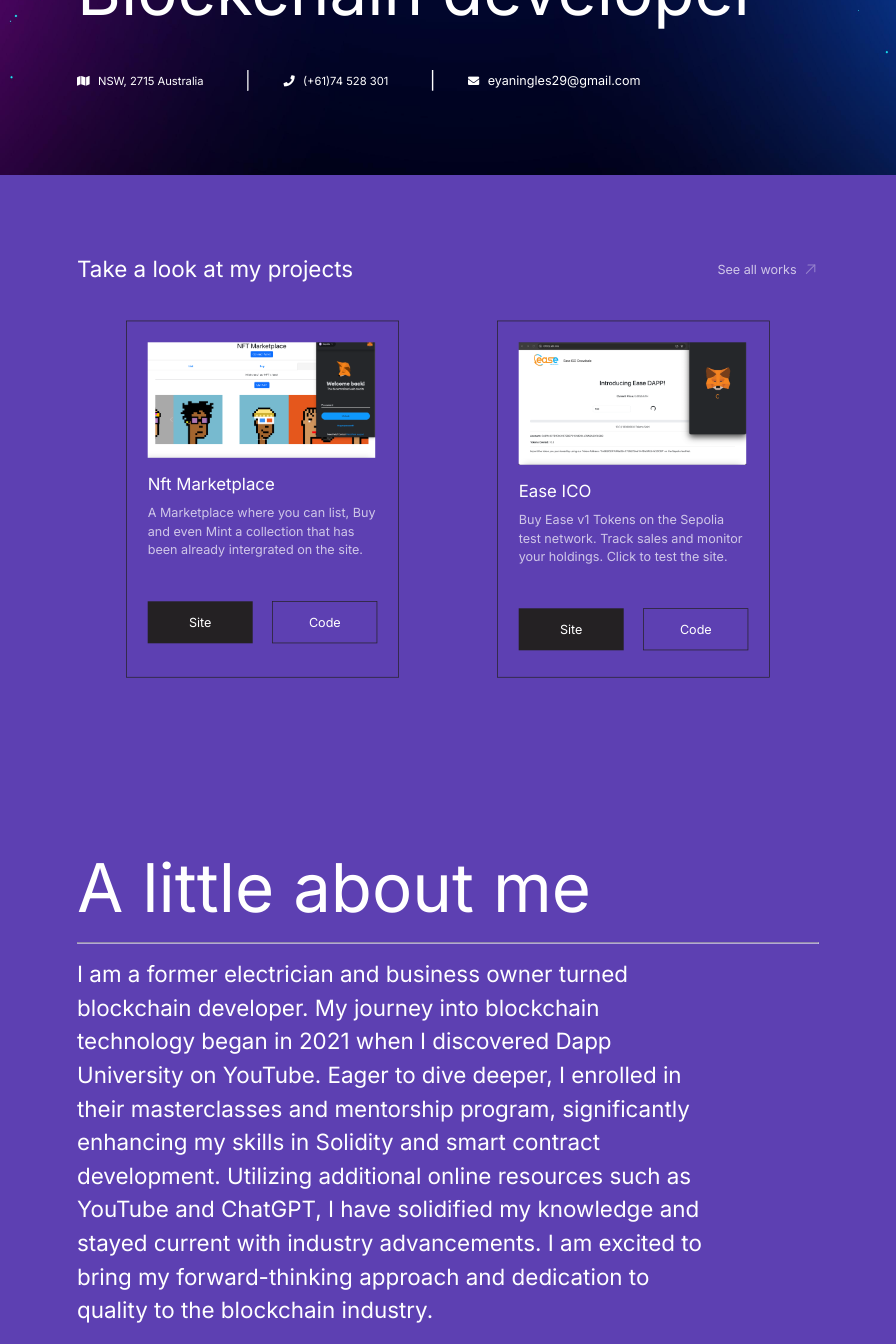
Repository: EyanIngles/Resume
Page: index.html
The author's editor kept a copy of each file at every save. The page is drawn from the files as they stood at one save, then again after the next save.
The browser window is 1280 px wide. The pictures show the part of the page from y = 600 to 2520 px (the page is 4848 px tall), at 70% of full size.

Above is the page before, as saved 2024-06-03 18:35:12.

### index.html
<!DOCTYPE html>
<html lang="en">

<head>
    <meta charset="UTF-8">
    <meta http-equiv="X-UA-Compatible" content="IE=edge">
    <meta name="viewport" content="width=device-width, initial-scale=1.0">
    <meta name="description" content="Blockchain Developer">
    <meta name="author" content="Eyan Ingles">

    <title>Eyan Ingles || Blockchain Developer</title>

    <!-- Google Fonts -->
    <link rel="preconnect" href="https://fonts.googleapis.com">
    <link rel="preconnect" href="https://fonts.gstatic.com" crossorigin>
    <link href="https://fonts.googleapis.com/css2?family=Inter:wght@100;200;300;400;500;600;700;800;900&display=swap"
        rel="stylesheet">

    <!-- Font Awesome -->
    <link href="vendor/fontawesome-free-5.15.4-web/css/all.min.css" rel="stylesheet">

    <!-- Custom styles for this template -->
    <link href="css/resume.css" rel="stylesheet">
</head>

<body>
    <header class="header">
        <div class="header-links flex-start">
            <div class="profile-container">
                <img class="profile" src="./img/profile.jpeg" alt="Profile Picture">
                <img class="ring" src="./img/Ring.svg" alt="Ring Border">
            </div>

            <ul class="flex-list list-items-circle">
                <li>
                    <a href="https://www.linkedin.com/in/eyan-ingles-026738272/">
                        <i class="fab fa-linkedin"></i>
                    </a>
                </li>
                <li>
                    <a href="https://github.com/EyanIngles">
                        <i class="fab fa-github"></i>
                    </a>
                </li>
            </ul>
        </div>

        <h1>
            Hi, I am <strong>Eyan Ingles</strong><br />
            Blockchain developer
        </h1>

        <ul class="contact-details flex-list">
            <i class="fa fa-map"></i><li>NSW, 2715 Australia</li>
            <hr />
            <i class="fa fa-phone"></i><li>(+61)74 528 301</li>
            <hr />
            <i class="fa fa-envelope"></i><li><a href="mailto: EyanIngles@gmail.com" style="border: none;">eyaningles29@gmail.com</a></li>
        </ul>
    </header>
    <main>

        <!-- PROJECTS -->

        <section class="section projects">
            <div class="flex-between">
                <h2>Take a look at my projects</h2>

                <a href="https://www.github.com/" class="projects-link flex-between">
                    See all works <img src="./img/ArrowUpRight.svg" alt="Arrow" style="margin-left: 8px; opacity: 0.7;">
                </a>
            </div>

            <div class="cards flex-center">

                <div class="card">
                    <img src="./img/projects/project1.png" alt="Nft Marketplace">
                    <h3 class="card-title">Nft Marketplace</h3>
                    <p class="card-description">A Marketplace where you can list, Buy and even Mint a collection that has been already intergrated on the site.</p>

                    <div class="card-buttons">
                        <a href="https://marketplacedraft.eth.limo" class="card-button--site">Site</a>
                        <a href="https://github.com/EyanIngles/marketplace-app" class="card-button--code">Code</a>
                    </div>
                </div>

                <div class="card">
                    <img src="./img/projects/project2.png" alt="Nft Marketplace">
                    <h3 class="card-title">Ease ICO </h3>
                    <p class="card-description">Buy Ease v1 Tokens on the Sepolia test network. Track sales and monitor your holdings. Click to test the site.</p>
                    <div class="card-buttons">
                        <a href="https://07922.eth.limo/" class="card-button--site">Site</a>
                        <a href="https://github.com/EyanIngles/ICO" class="card-button--code">Code</a>
                    </div>
                </div>

            </div>
        </section>

        <!-- EXPIERENCE -->

        <section class="section experience">
            <h1>A little about me </h1><br/><hr/><br/>
            <p class="experience-description">
                I am a former electrician and business owner turned blockchain developer. My journey into blockchain
                technology began in 2021 when I discovered Dapp University on YouTube. Eager to dive deeper, I enrolled
                in their masterclasses and mentorship program, significantly enhancing my skills in Solidity and smart contract
                development. Utilizing additional online resources such as YouTube and ChatGPT, I have solidified my knowledge and
                stayed current with industry advancements. I am excited to bring my forward-thinking approach and dedication to quality
                to the blockchain industry.
            </p>

            <h2>Experience</h2>

            <div class="experience-cards flex-center">
                <div class="experience-card">
                    <h3 class="card-title">
                        Online Learning - <span class="highlight">Dabbling with Blockchain Concepts</span>
                    </h3>
                    <p class="card-years">2021-2024</p>

                    <ul class="card-list">
                        <li class="card-list-item">Leveraged online resources such as YouTube and ChatGPT to enhance and solidify my knowledge.</li>
                    </ul>
                </div>
                <div class="experience-card">
                    <h3 class="card-title">
                        Dapp University - <span class="highlight">Masterclasses and Mentorship Entry</span>
                    </h3>
                    <p class="card-years">2023-2024</p>

                    <ul class="card-list">
                        <li class="card-list-item">Currently, I am studying with Dapp University, participating in masterclasses and a mentorship program that have significantly enhanced my skills in blockchain development.</li>
                    </ul>
                </div>
            </div>
        </section>

        <!-- SKILLS -->

        <section class="section skills">
            <h2>Skills that I have</h2>

            <div class="skill-cards flex-center">
                <div class="skill-card flex-center">
                    <i class="fab fa-html5"></i>
                </div>
                <div class="skill-card flex-center">
                    <i class="fab fa-css3-alt"></i>
                </div>
                <div class="skill-card flex-center">
                    <i class="fab fa-js-square"></i>
                </div>
                <div class="skill-card flex-center">
                    <i class="fab fa-react"></i>
                </div>
                <div class="skill-card flex-center">
                    <i class="fab fa-node-js"></i>
                </div>
                <div class="skill-card flex-center">
                    <i class="fab fa-npm"></i>
                </div>
            </div>

            <ul class="skill-list flex-between">
                <li><img src="./img/Check.svg" alt="Checkmark"></li>
            </ul>
        </section>

        <!-- CONTACT -->

        <section class="section contact">
            <div class="contact-links flex-start">
                <div class="profile-container">
                    <img class="profile" src="./img/profile.jpeg" alt="Joe Blow">
                </div>

                <ul class="flex-list list-items-circle">
                    <li>
                        <a href="https://www.linkedin.com/in/eyan-ingles-026738272/">
                            <i class="fab fa-linkedin"></i>
                        </a>
                    </li>
                    <li>
                        <a href="https://github.com/EyanIngles">
                            <i class="fab fa-github"></i>
                        </a>
                    </li>
                </ul>

            </div>

            <h1>
                Get in touch
            </h1>

            <p>I am a former electrician and business owner turned blockchain developer. My interest
                in blockchain technology began in 2021 when I discovered Dapp University on YouTube.
                Since then, I have joined a mentorship program with Dapp University, and I am excited to
                see where my journey in this industry will take me!
            </p>

            <ul class="contact-details flex-list">
                <li>NSW, 2715 Australia</li>
                <hr />
                <li>(+61)74 528 301</li>
                <hr />
                <li><a href="mailto: name@email.com">eyaningles29@email.com</a></li>
            </ul>
        </section>
    </main>
    <footer class="footer flex-center">
        <p><small>© Eyan Ingles 2024. All rights reserved.</small></p>
    </footer>

    <!-- Plugin JavaScript -->
    <script src="vendor/jquery/jquery.min.js"></script>
    <script src="vendor/jquery-easing/jquery.easing.min.js"></script>

    <!-- Custom scripts for this template -->
    <script src="js/resume.js"></script>
</body>

</html>

### css/resume.css
* {
    margin: 0;
    padding: 0;
    box-sizing: border-box;
}

:root {
    --black: #060003;
    --gray: #242123;
    --white: #FFFFFF;
    --blue: #5d40b2;
    --border-gradient: linear-gradient(227.58deg, #F4492F -44.04%, #F367A5 42.36%, #553DEB 113.95%);

    --font-96: clamp(56px, 8vw, 96px);
    --font-40: clamp(24px, 6vw, 40px);
    --font-32: clamp(24px, 4vw, 32px);
}

html {
    font-family: "Inter";
    color: var(--white);

    overflow-x: hidden;
}

body {
    background-color: var(--blue);
}

/* TYPOGRAPHY */
h1 {
    font-style: normal;
    font-weight: 400;
    font-size: var(--font-96);
    line-height: 116px;
}

h2 {
    font-weight: 400;
    font-size: var(--font-32);
    line-height: 150%;
    margin-bottom: 30px;
}

p,
a {
    font-weight: 400;
    font-size: 18px;
    line-height: 150%;
    text-decoration: none;
}

p {
    opacity: 0.7;
}

/* LAYOUTS */

.flex-center {
    display: flex;
    justify-content: center;
    align-items: center;
}

.flex-start {
    display: flex;
    justify-content: flex-start;
    align-items: center;
}

.flex-between {
    display: flex;
    justify-content: space-between;
    align-items: center;
    flex-wrap: wrap;
}

/* === UNIVERSAL STYLES === */

/* List */

.flex-list {
    display: flex;
    justify-content: center;
    align-items: center;
    flex-wrap: wrap;
    list-style: none;
}

.flex-list li {
    margin: 12px;
    transition: 250ms ease all;
}

.flex-list li a {
    color: var(--white);
    text-decoration: none;
    opacity: 1;

    display: block;
    transition: 250ms ease all;
}

.list-items-circle li a {
    border: 2px solid var(--white);
    border-radius: 50%;
}

.list-items-circle li a:hover {
    background-color: var(--white);
    border: 2px solid var(--white);
}

.list-items-circle li a .fab {
    width: 80px;
    height: 80px;
    font-size: 30px;

    display: flex;
    justify-content: center;
    align-items: center;
    border-radius: 50%;

    transition: 250ms ease all;
}

.list-items-circle li a:hover .fab {
    color: var(--black);
}

.contact .list-items-circle li a {
    border: 2px solid var(--white);
}

.contact .list-items-circle li a:hover {
    background-color: var(--white);
    border: 2px solid var(--white);
}

.flex-list hr {
    height: 30px;
    margin: 0 50px;
}

/* Profile Image */

.profile-container {
    min-width: 88px;
    width: 88px;
    height: 88px;
    margin: 12px;
    position: relative;
}

.profile-container .profile {
    position: absolute;
    top: 50%;
    left: 50%;
    transform: translate(-50%, -50%);

    width: 80px;
    height: 80px;
    border-radius: 50%;
}

.profile-container .ring {
    position: absolute;
    top: 50%;
    left: 50%;
    transform: translate(-50%, -50%);
}

.header,
.section {
    min-height: 850px;
    padding: 110px;
}

/* HEADER */

.header {
    background-image: url('../img/Background.jpg');
    background-repeat: no-repeat;
    background-size: cover;

    display: flex;
    flex-direction: column;
    justify-content: flex-end;
    align-items: flex-start;
}

.header .header-links,
.contact .contact-links,
.header h1 {
    color: var(--white);
    margin-bottom: 45px;
}

.header .flex-list {
    color: var(--white);
}

.header .flex-list li a {
    color: var(--white);
}

.header .flex-list li:hover,
.header .flex-list li a:hover {
    color: var(--blue);
}

.header .flex-list hr {
    border: 1px solid var(--white);
}

/* === ABOUT === */

.about {
    background-image: url('../img/Vector.png');
    background-repeat: no-repeat;
    background-size: cover;
    background-position: center;
}

.about h2 {
    max-width: 900px;
    font-weight: 400;
    font-size: var(--font-40);
    line-height: 150%;

    margin-bottom: 180px;
}

.about .achievements {
    list-style: none;

}

.about .achievements li {
    margin: 15px 0;
}

/* === PROJECTS === */

.projects .projects-link {
    color: var(--white);
    margin-bottom: 30px;

    opacity: 0.7;
    transition: 250ms ease all;
}

.projects .projects-link:hover {
    opacity: 1;
}

.projects .cards {
    justify-content: space-evenly;
    flex-wrap: wrap;
}

.projects .card {
    border: 1px solid var(--gray);

    height: 510px;
    max-width: 390px;
    padding: 30px;
    margin: 20px auto;
}

.projects .card img {
    width: 100%;
    max-width: 325px;
    height: auto;
    margin: 0 auto 16px;
}

.projects .card .card-title {
    font-weight: 400;
    font-size: 24px;
    line-height: 150%;
    margin-bottom: 8px;
}

.projects .card .card-description {
    margin-bottom: 60px;
}

.projects .card .card-buttons {
    display: flex;
    justify-content: space-between;
}

.projects .card .card-buttons .card-button--site,
.projects .card .card-buttons .card-button--code {
    width: 150px;
    height: 60px;

    display: flex;
    justify-content: center;
    align-items: center;

    opacity: 1;
    color: var(--white);

    transition: 250ms ease all;
}

.projects .card .card-buttons .card-button--site {
    background-color: var(--gray);
}

.projects .card .card-buttons .card-button--code {
    border: 1px solid var(--gray);
}

.projects .card .card-buttons .card-button--site:hover,
.projects .card .card-buttons .card-button--code:hover {
    background-color: var(--white);
    color: var(--black);
}

/* === EXPERIENCE === */

.experience-description {
    max-width: 900px;
    margin-bottom: 125px;

    font-weight: 400;
    font-size: var(--font-32);
    line-height: 150%;

    opacity: 1;
    position: relative;
}

.experience-description img {
    position: absolute;
    top: 50%;
    right: -200px;
    transform: translate(-50%, -50%);

    pointer-events: none;
}

.experience h2 {
    border-left: 2px solid var(--white);
    padding-left: 24px;
}

.experience .experience-cards {
    justify-content: flex-start;
    align-items: flex-start;
    flex-wrap: wrap;
}

.experience .experience-card {
    width: 370px;
    padding: 0 30px 30px 0;
}

.experience .experience-card .card-title {
    font-size: 18px;
    line-height: 150%;
}

.experience .experience-card .card-title .highlight {
    opacity: 0.7;
    font-weight: 400;
}

.experience .experience-card .card-years {
    color: var(--blue);
    font-weight: 500;
    font-size: 18px;
    line-height: 150%;
    margin-bottom: 24px;
    opacity: 1;
}

.experience .experience-card .card-list .card-list-item {
    margin: 0 0 16px 16px;
    opacity: 0.7;
}

/* === SKILLS === */

.skills {
    background-image: url('../img/Vector.png');
    background-repeat: no-repeat;
    background-size: cover;
}

.skills .skill-cards {
    flex-wrap: wrap;
}

.skills .skill-card {
    background-image: url('../img/background2.jpg');
    background-repeat: no-repeat;
    background-size: cover;
    background-color: #060003;
    background-blend-mode: darken;
    width: 170px;
    height: 170px;
    margin: 0 30px 30px 0;
    border: 1px solid var(--gray);

    cursor: pointer;

    transition: 500ms ease all;
}

.skills .skill-card .fab {
    font-size: 80px;
    opacity: 0.7;
    transition: 500ms ease all;
}

.skills .skill-card:hover {
    background-blend-mode: normal;
}

.skills .skill-card:hover .fab {
    opacity: 1;
}

.skills .skill-list {
    list-style: none;
    flex-wrap: wrap;
}

.skills .skill-list li {
    display: flex;
    justify-content: center;
    align-items: center;
}

.skills .skill-list li img {
    margin: 10px;
}

/* === CONTACT === */

.contact {
    display: flex;
    flex-direction: column;
    justify-content: center;
    align-items: flex-start;
}

.contact h1,
.contact p {
    max-width: 750px;
    margin-bottom: 45px;
}

.contact .flex-list li:hover,
.contact .flex-list li a:hover {
    color: var(--blue);
}

/* === FOOTER === */

.footer {
    min-height: 88px;
    background-color: var(--gray);
}

/* === MEDIA STYLES === */

@media all and (max-width: 1200px) {
    .contact-details {
        align-items: flex-start;
        flex-direction: column;
    }

    .contact-details li {
        margin: 10px;
    }

    .contact-details li a {
        margin: 0;
    }

    .contact-details hr {
        display: none;
    }
}

@media all and (max-width: 992px) {
    .skills .skill-card {
        width: 125px;
        height: 125px;
    }
}

@media all and (max-width: 767px) {

    .header,
    .section {
        padding: 40px;
    }
}

### js/resume.js
// Include JavaScript Functionality Here...

Loaded but not shown: vendor/fontawesome-free-5.15.4-web/css/all.min.css (library); vendor/jquery/jquery.min.js (library); vendor/jquery-easing/jquery.easing.min.js (common file)

After the next save:
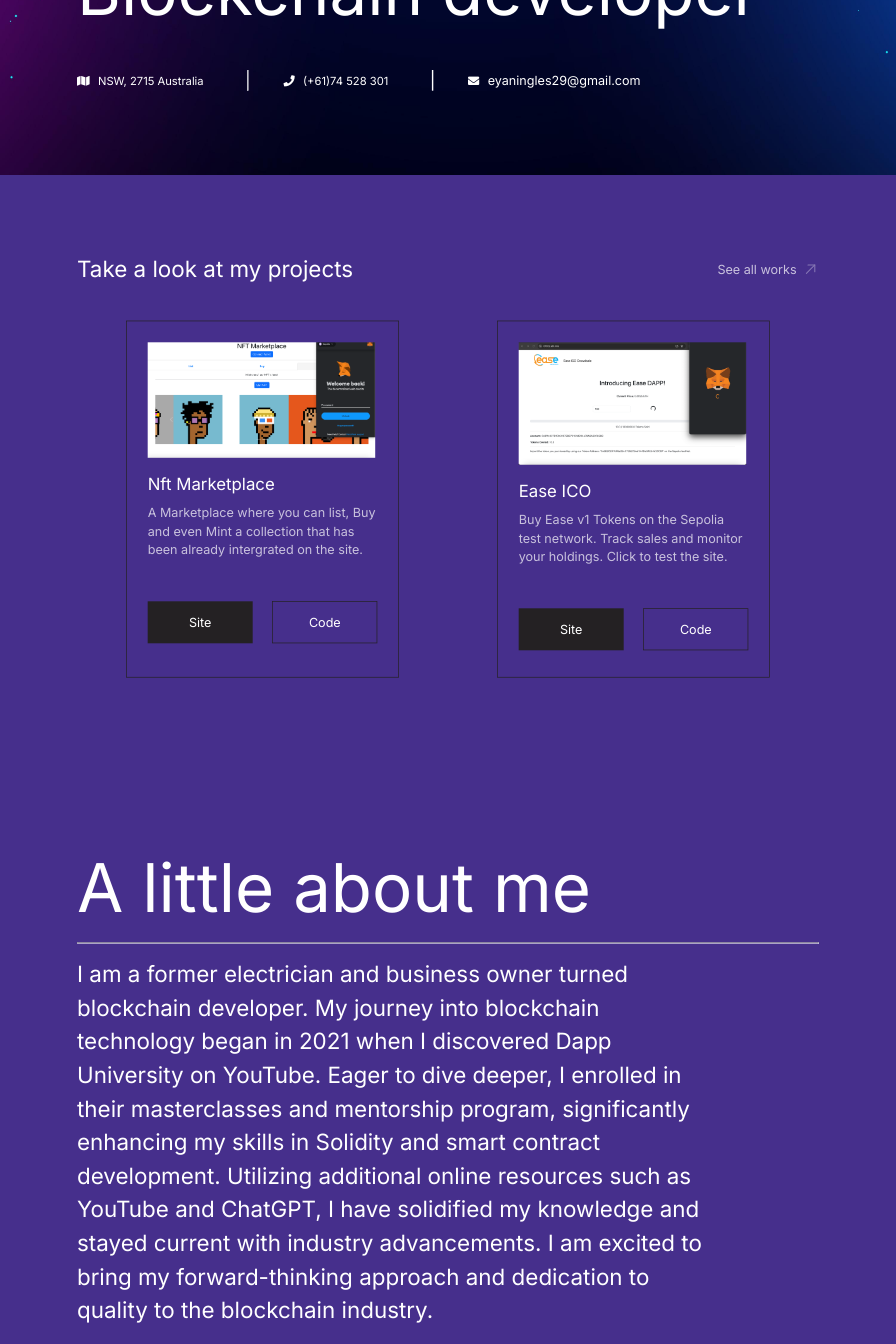
Saved 9 s later.
--- a/css/resume.css
+++ b/css/resume.css
@@ -8,7 +8,7 @@
     --black: #060003;
     --gray: #242123;
     --white: #FFFFFF;
-    --blue: #5d40b2;
+    --blue: #462f8c;
     --border-gradient: linear-gradient(227.58deg, #F4492F -44.04%, #F367A5 42.36%, #553DEB 113.95%);
 
     --font-96: clamp(56px, 8vw, 96px);
